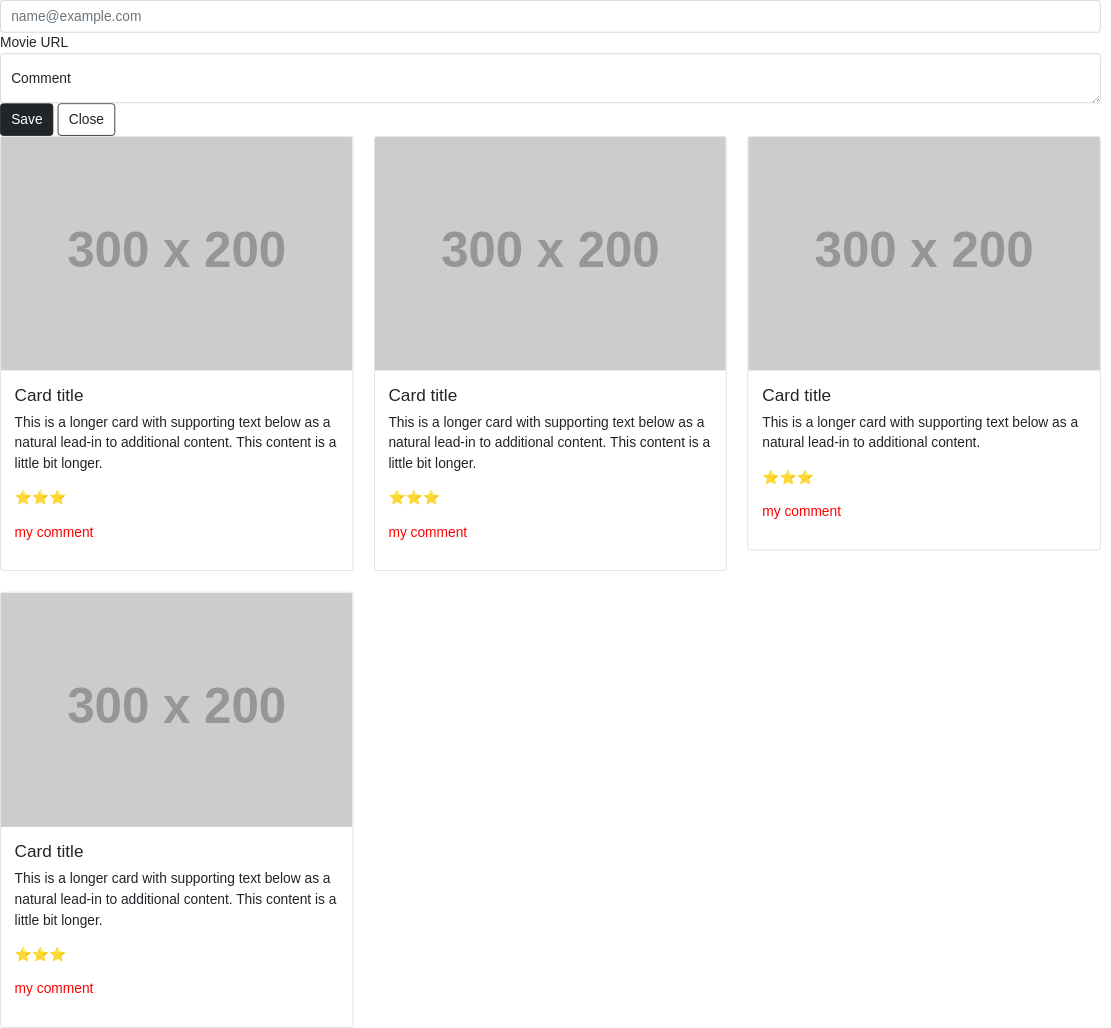
Repository: sinayaka-body/sparta
Page: frontend/bootstrap.html
These files come from the project's save history. The page is drawn as it stood at one moment and after the next save; the edit follows.
The browser window is 1280 px wide. The page is 1292 px wide, so the pictures cover 1292 px, including what lies to the right of the window. The pictures show the part of the page from y = 250 to 1505 px (the page is 1445 px tall before and 1505 px after), at 86% of full size.
Some web fonts or font styles are not loaded; a fallback is used.

Above is the page before, as saved 2023-04-15 16:44:34.

### frontend/bootstrap.html
<!DOCTYPE html>
<html lang="en">
  <head>
    <meta charset="utf-8" />
    <meta name="viewport" content="width=device-width, initial-scale=1, shrink-to-fit=no" />

    <link href="https://cdn.jsdelivr.net/npm/bootstrap@5.0.2/dist/css/bootstrap.min.css" rel="stylesheet" integrity="sha384-EVSTQN3/azprG1Anm3QDgpJLIm9Nao0Yz1ztcQTwFspd3yD65VohhpuuCOmLASjC" crossorigin="anonymous" />
    <script src="https://ajax.googleapis.com/ajax/libs/jquery/3.5.1/jquery.min.js"></script>
    <script src="https://cdn.jsdelivr.net/npm/bootstrap@5.0.2/dist/js/bootstrap.bundle.min.js" integrity="sha384-MrcW6ZMFYlzcLA8Nl+NtUVF0sA7MsXsP1UyJoMp4YLEuNSfAP+JcXn/tWtIaxVXM" crossorigin="anonymous"></script>

    <title>Spartapedia</title>

    <style>
      @import url("https://fonts.googleapis.com/css2?family=Gowun+Dodum&display=swap");

      * {
        font-family: "Hahmlet", sans-serif;
      }

      .mytitle {
        width: 100%;
        height: 250px;

        background-image: linear-gradient(0deg, rgba(0, 0, 0, 0.5), rgba(0, 0, 0, 0.5)), url("https://movie-phinf.pstatic.net/20210715_95/1626338192428gTnJl_JPEG/movie_image.jpg");
        background-position: center;
        background-size: cover;

        color: white;

        display: flex;
        flex-direction: column;
        align-items: center;
        justify-content: center;
      }

      .mytitle > button {
        width: 200px;
        height: 50px;

        background-color: transparent;
        color: white;

        border-radius: 50px;
        border: 1px solid white;

        margin-top: 10px;
      }

      .mytitle > button:hover {
        border: 2px solid white;
      }

      .review_post {
        width: 95%;
        max-width: 500px;
        margin: 20px auto 0px auto;
        padding: 20px;
        box-shadow: 0px 0px 3px 0px gray;
      }

      .mybtn {
        display: flex;
        flex-direction: row;
        align-items: center;
        justify-content: center;
      }
    </style>
  </head>

  <body>
    <div class="mytitle">
      <h1>My favorite movies</h1>
      <button>Save a new movie</button>
    </div>

    <div class="mypost">
      <div class="review_post_url">
        <input type="email" class="form-control" id="floatingInput" placeholder="name@example.com" />
        <label for="floatingInput">Movie URL</label>
      </div>
      <div class="form-floating">
        <textarea class="form-control" placeholder="Leave a comment here" name="" id="" cols="30" rows="10"></textarea>
        <label for="floatingTextarea2">Comment</label>
      </div>
      <div class="mybtns">
        <button type="button" class="btn btn-dark">Save</button>
        <button type="button" class="btn btn-outline-dark">Close</button>
      </div>
    </div>

    <div class="row row-cols-1 row-cols-md-3 g-4">
      <div class="col">
        <div class="card">
          <img src="https://placehold.jp/300x200.png" class="card-img-top" alt="..." />
          <div class="card-body">
            <h5 class="card-title">Card title</h5>
            <p class="card-text">This is a longer card with supporting text below as a natural lead-in to additional content. This content is a little bit longer.</p>
            <p>⭐⭐⭐</p>
            <p style="color: red">my comment</p>
          </div>
        </div>
      </div>
      <div class="col">
        <div class="card">
          <img src="https://placehold.jp/300x200.png" class="card-img-top" alt="..." />
          <div class="card-body">
            <h5 class="card-title">Card title</h5>
            <p class="card-text">This is a longer card with supporting text below as a natural lead-in to additional content. This content is a little bit longer.</p>
            <p>⭐⭐⭐</p>
            <p style="color: red">my comment</p>
          </div>
        </div>
      </div>
      <div class="col">
        <div class="card">
          <img src="https://placehold.jp/300x200.png" class="card-img-top" alt="..." />
          <div class="card-body">
            <h5 class="card-title">Card title</h5>
            <p class="card-text">This is a longer card with supporting text below as a natural lead-in to additional content.</p>
            <p>⭐⭐⭐</p>
            <p style="color: red">my comment</p>
          </div>
        </div>
      </div>
      <div class="col">
        <div class="card">
          <img src="https://placehold.jp/300x200.png" class="card-img-top" alt="..." />
          <div class="card-body">
            <h5 class="card-title">Card title</h5>
            <p class="card-text">This is a longer card with supporting text below as a natural lead-in to additional content. This content is a little bit longer.</p>
            <p>⭐⭐⭐</p>
            <p style="color: red">my comment</p>
          </div>
        </div>
      </div>
    </div>
  </body>
</html>

After the next save:
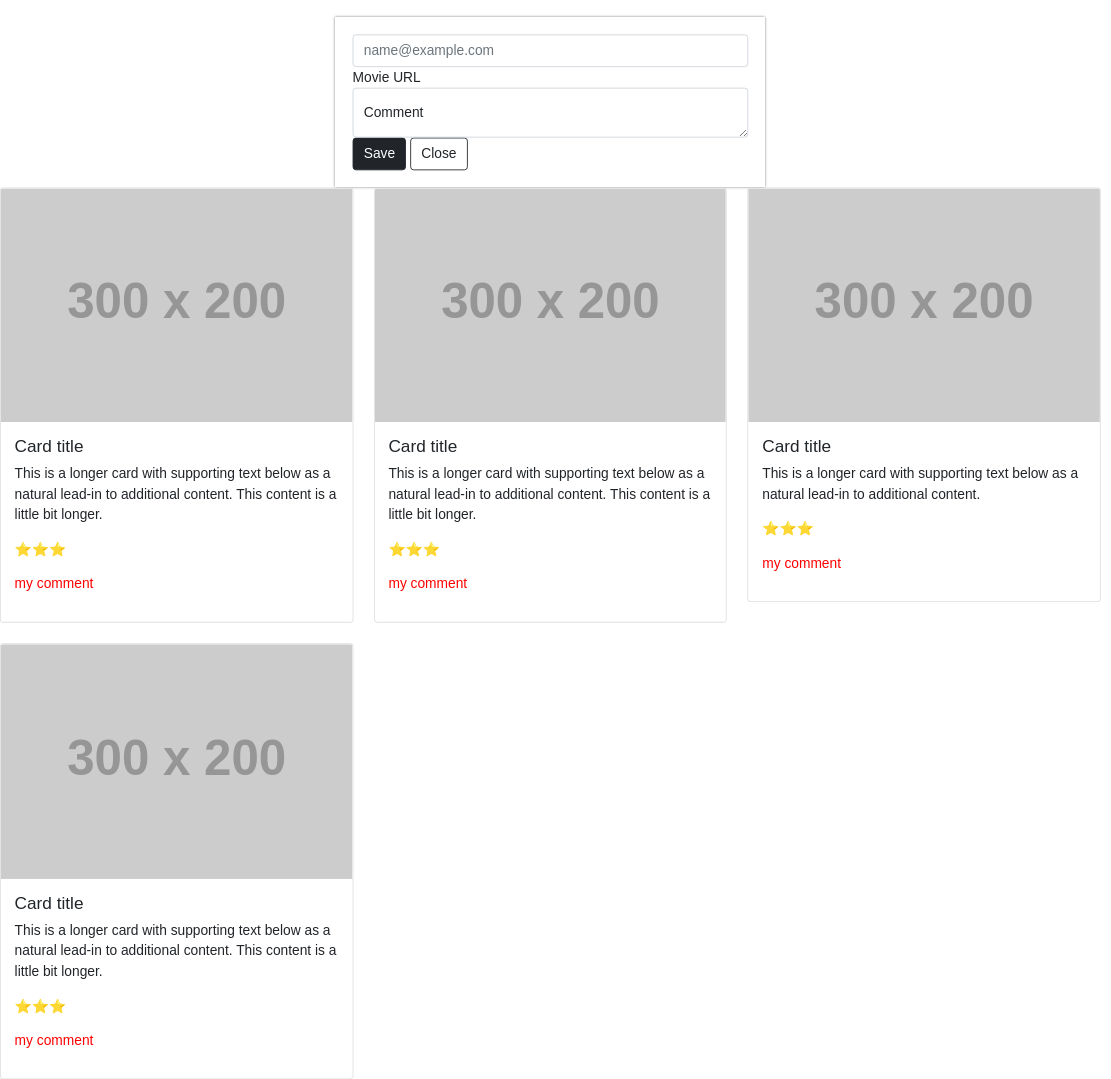
Saved 12 s later.
--- a/frontend/bootstrap.html
+++ b/frontend/bootstrap.html
@@ -50,7 +50,7 @@
         border: 2px solid white;
       }
 
-      .review_post {
+      .mypost {
         width: 95%;
         max-width: 500px;
         margin: 20px auto 0px auto;
